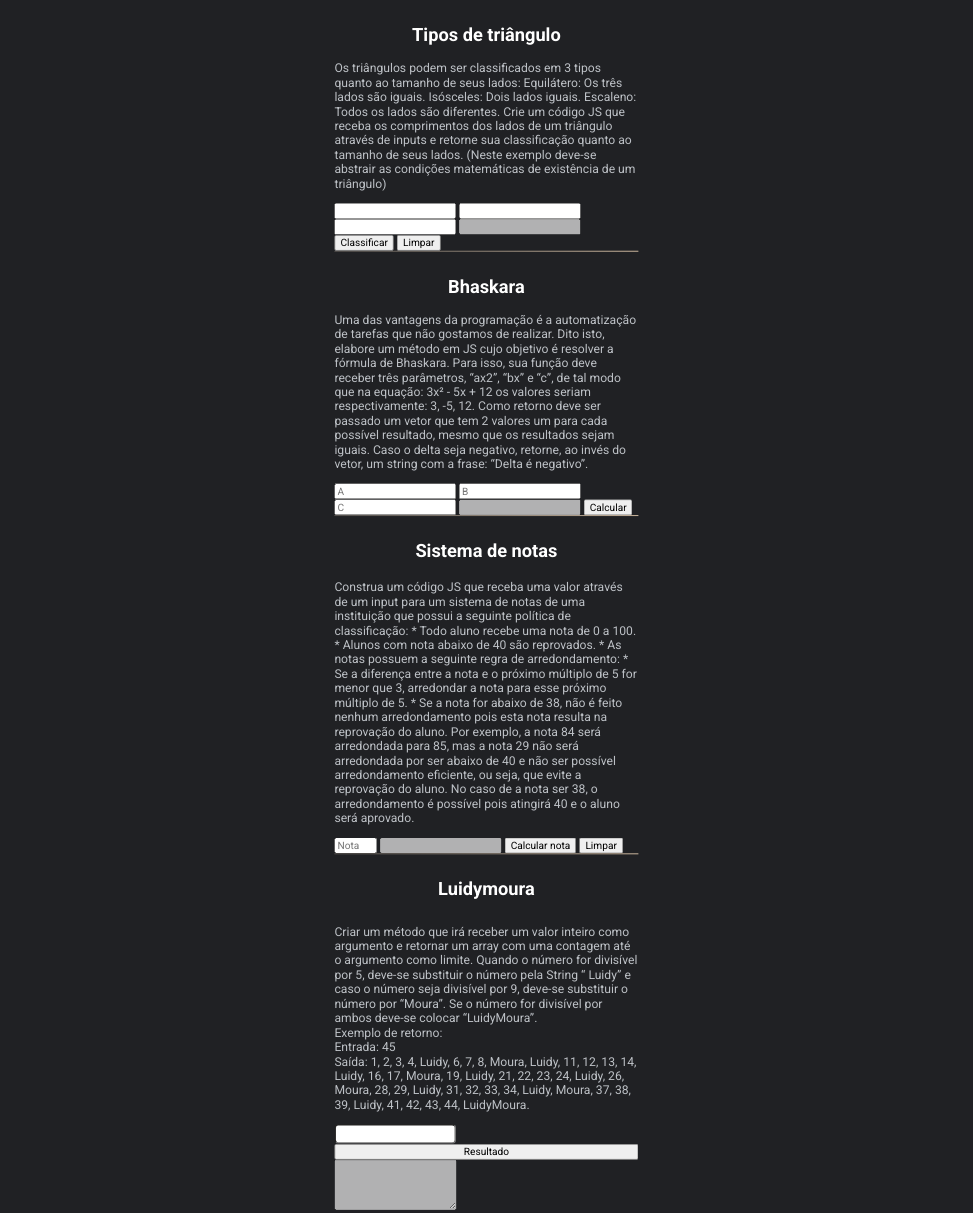
Repository: viviij/Fun-es-Simples-JavaScript
Page: index.html
These files come from the project's save history. The page is drawn as it stood at one moment and after the next save; the edit follows.
The browser window is 1280 px wide. The pictures show the whole page, at 76% of full size.

Above is the page before, as saved 2022-08-26 20:44:12.

After the next save:
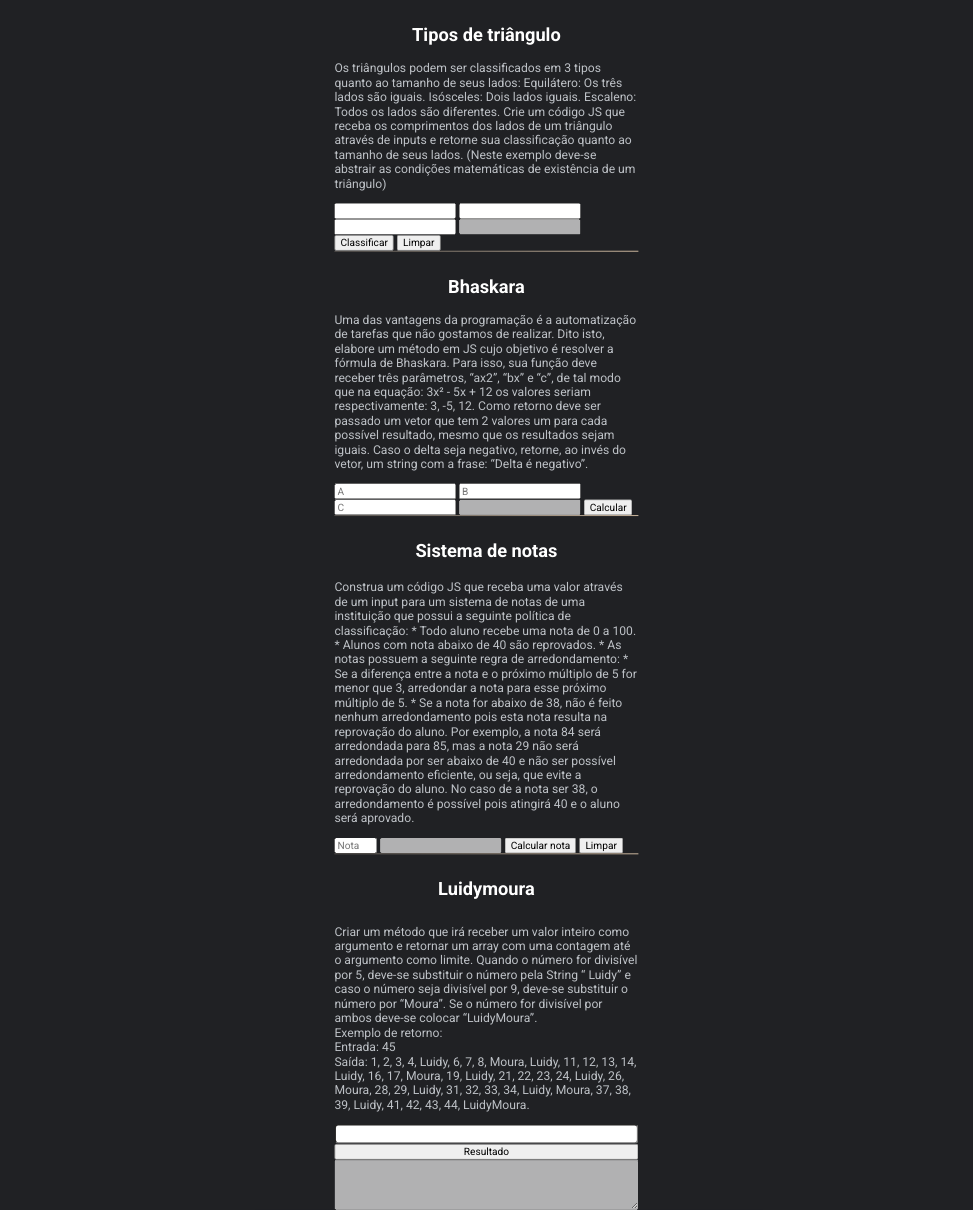
Saved 41 s later.
--- a/styles.css
+++ b/styles.css
@@ -82,6 +82,10 @@ h5 {
 
 
 /*LuidyMoura QUESTAO 4*/
+.LuidyMoura .main {
+  display: flex;
+  flex-direction: column;
+}
 
 #valorLuidyMoura {
   height: 20px;
